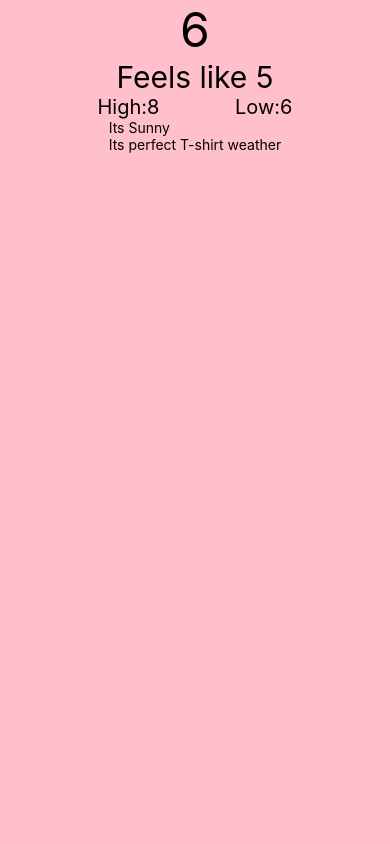
Repository: RossDee/WeatherApp
Screen: /
These files come from the project's save history. The screen is drawn as it stood at one moment and after a run of saves; the edit follows.
The app was drawn by React Native's web renderer in a window 390 px wide. The project was rebuilt for these pictures with package versions that can differ from the ones it lists, and the page was loaded fresh each time.

Above is the screen before, as saved 2023-10-14 21:05:33.

After the next 5 saves:
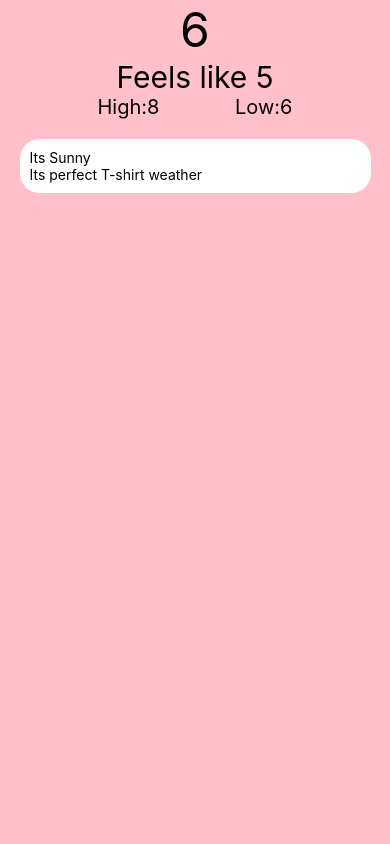
The 5 saves are shown as one change because 1 did not build or start and some came seconds apart.
The last was saved 2 min 19 s later.
--- a/App.js
+++ b/App.js
@@ -11,8 +11,10 @@ const App = () => {
         <Text style = {style.highLow}>High:8</Text>
         <Text style = {style.highLow}>Low:6</Text>
       </View>
-      <View style = {style}><Text>Its Sunny</Text>
-      <Text>Its perfect T-shirt weather</Text></View>
+      <View style = {style.bodyWrapper}>
+        <Text>Its Sunny</Text>
+      <Text>Its perfect T-shirt weather</Text>
+      </View>
     </View>
     </SafeAreaView>
   )
@@ -44,5 +46,13 @@ const style  =StyleSheet.create({
     justifyContent:'space-between',
     width:'50%',
   },
+  bodyWrapper:{
+    backgroundColor:'white',
+    width:'90%',
+    padding:10,
+    borderRadius:20,
+    marginTop:20,
+  },
 })
+
 export default App
